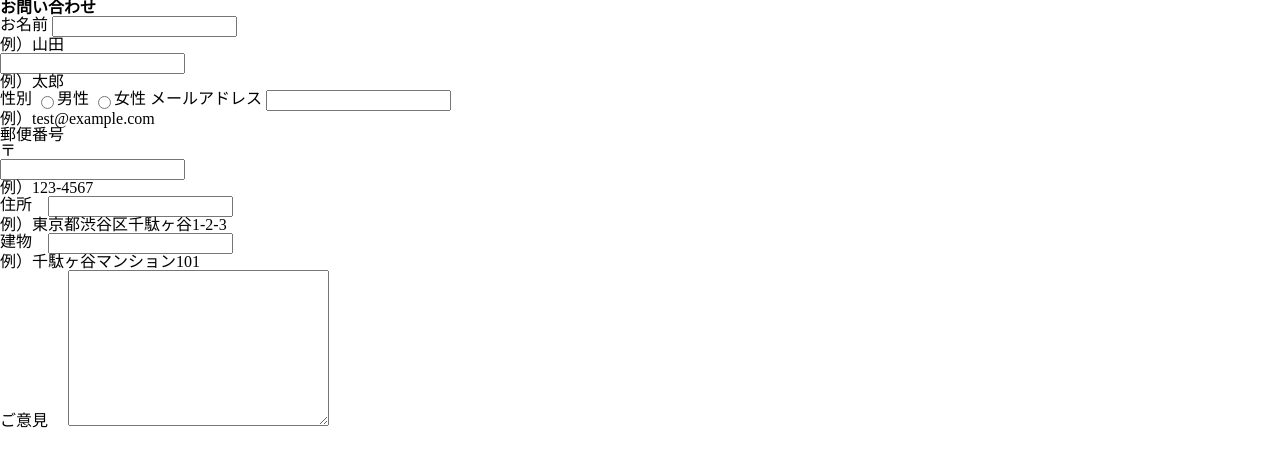
Repository: 1000sky/20220728majima
Page: resources/views/contact.blade.php
These files come from the project's save history. The page is drawn as it stood at one moment and after the next save; the edit follows.
The browser window is 1280 px wide. The pictures show the whole page.
The page is served by the project's Laravel application, run on PHP 8.4 with Laravel 8. The template is opened directly, without the code that normally fills it, so the values that code supplies are empty.

Above is the page before, as saved 2022-07-23 18:05:51.

After the next save:
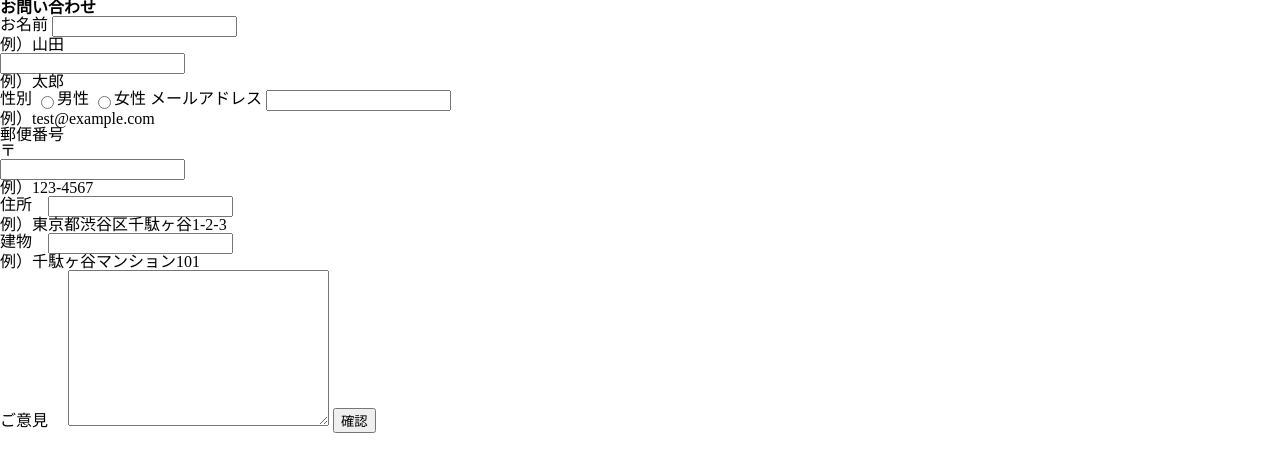
Saved 59 s later.
--- a/advance-test/resources/views/contact.blade.php
+++ b/advance-test/resources/views/contact.blade.php
@@ -38,6 +38,9 @@
         </label>
 
 
+        <button>確認</button>
+
+
     </form>
 
 
